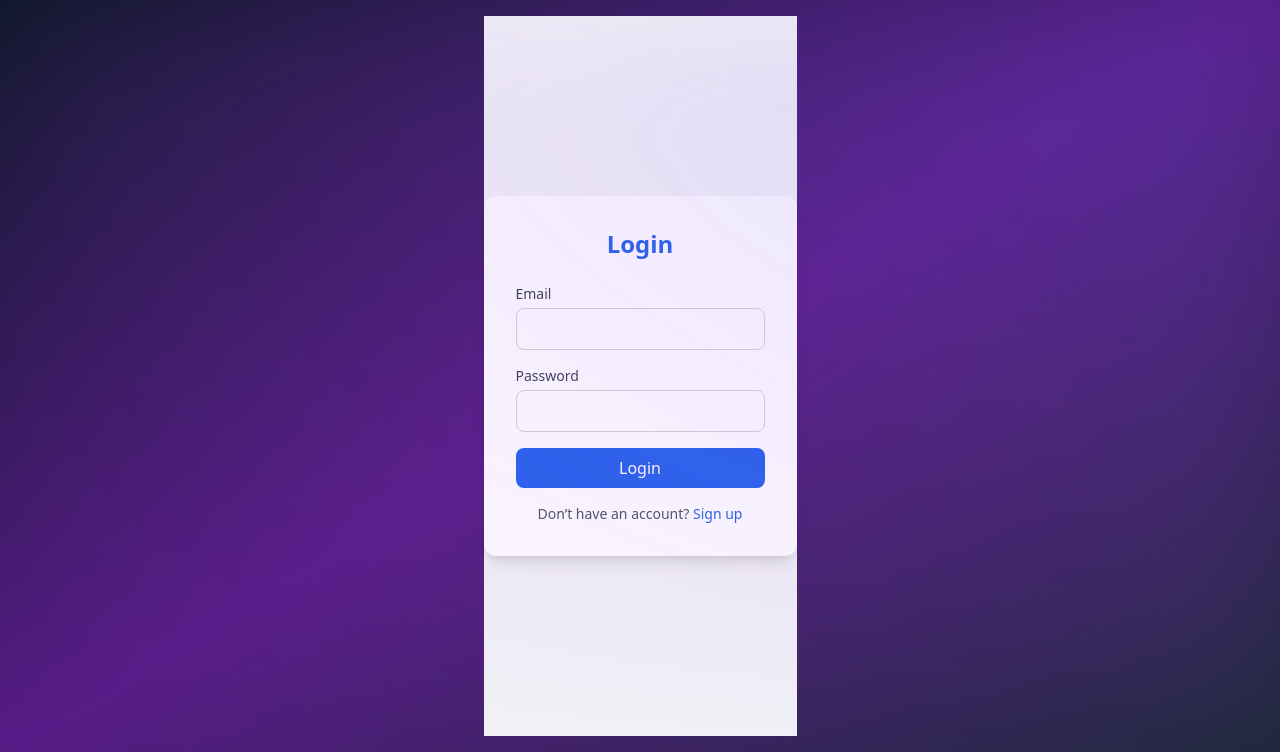
Repository: RahulRajKhadka/chat_appy
Page: /login (app in Frontend/)
An editor plug-in stored every save of this project. The page is shown before and after the next save, followed by the edit.
The browser window is 1280 px wide. The pictures show the whole page.
The page's requests for data from a server got no answer. The project was rebuilt for these pictures with package versions that can differ from the ones it lists, and the page was loaded fresh each time. No one was signed in, and anything a server would have sent is missing. Also part of the build but not shown: Frontend/vite.config.js, Frontend/src/pages/SignUppage.jsx, Frontend/src/pages/Chatpage.jsx.

Above is the page before, as saved 2025-11-02 09:13:16.

### Frontend/src/App.jsx
import { Routes, Route } from "react-router";
import { LoginPage } from "./pages/Loginpage.jsx";
import { SignupPage } from "./pages/SignUppage.jsx";
import { ChatPage } from "./pages/Chatpage.jsx";
import { useEffect } from "react";
import { useAuthStore } from "../src/useAuthStore.js/useAuthStore.js"

function App() {
  const { checkAuth, isCheckingAuth, authUser } = useAuthStore();

  useEffect(() => {
    checkAuth();
  }, [checkAuth]);

  console.log("Auth User:", authUser, "Checking Auth:", isCheckingAuth);

  return (
    <div
      className="min-h-screen flex items-center justify-center p-4 overflow-hidden
                    bg-gradient-to-br from-slate-900 via-purple-900 to-slate-800"
    >
      <div
        className="absolute inset-0 bg-[radial-gradient(ellipse_at_top_right,_var(--tw-gradient-stops))]
                      from-indigo-500/20 via-purple-500/10 to-transparent blur-3xl"
      ></div>

      <Routes>
        <Route path="/login" element={<LoginPage />} />
        <Route path="/signup" element={<SignupPage />} />
        <Route path="/" element={<ChatPage />} />
      </Routes>
    </div>
  );
}

export default App;

### Frontend/src/pages/Loginpage.jsx
import { useState } from "react";
import { useNavigate } from "react-router-dom";

export const LoginPage = () => {
  const navigate = useNavigate();
  const [email, setEmail] = useState("");
  const [password, setPassword] = useState("");

  const handleLogin = (e) => {
    e.preventDefault();
    console.log("Logging in with:", { email, password });
    // Later: send request to backend here
    navigate("/chat"); // redirect after login
  };

  return (
    <div className="flex items-center justify-center h-screen bg-gray-100">
      <div className="bg-white shadow-lg rounded-xl p-8 w-full max-w-sm">
        <h2 className="text-2xl font-bold text-center text-blue-600 mb-6">
          Login
        </h2>

        <form onSubmit={handleLogin} className="space-y-4">
          <div>
            <label className="block text-gray-700 text-sm font-medium">
              Email
            </label>
            <input
              type="email"
              className="w-full mt-1 p-2 border border-gray-300 rounded-lg focus:outline-none focus:ring-2 focus:ring-blue-400"
              value={email}
              onChange={(e) => setEmail(e.target.value)}
              required
            />
          </div>

          <div>
            <label className="block text-gray-700 text-sm font-medium">
              Password
            </label>
            <input
              type="password"
              className="w-full mt-1 p-2 border border-gray-300 rounded-lg focus:outline-none focus:ring-2 focus:ring-blue-400"
              value={password}
              onChange={(e) => setPassword(e.target.value)}
              required
            />
          </div>

          <button
            type="submit"
            className="w-full bg-blue-600 text-white py-2 rounded-lg hover:bg-blue-700 transition"
          >
            Login
          </button>
        </form>

        <p className="text-sm text-gray-600 mt-4 text-center">
          Don’t have an account?{" "}
          <button
            onClick={() => navigate("/signup")}
            className="text-blue-600 hover:underline"
          >
            Sign up
          </button>
        </p>
      </div>
    </div>
  );
};

export default LoginPage;

### Frontend/src/useAuthStore.js/useAuthStore.js
import { create } from "zustand";
import { axiosInstance } from "../lib/axios";

export const useAuthStore = create((set) => ({
  authUser: null,
  isCheckingAuth: true,

  checkAuth: async () => {
    try {
      const response = await axiosInstance.get("/auth/check");
      set({ authUser: response.data.user, isCheckingAuth: false });
    } catch (error) {
        console.error("Error checking auth:", error);
      set({ authUser: null, isCheckingAuth: false });
    }
  },
}));

### Frontend/src/lib/axios.js
import axios from "axios";

export const axiosInstance = axios.create({
  baseURL:
    import.meta.env.MODE == "development"
      ? "http://localhost:3000"
      : "https://your-production-url.com",
  withCredentials: true,
});

Loaded but not shown: Frontend/index.html (common file); Frontend/src/main.jsx (common file); Frontend/src/index.css (common file); Frontend/tailwind.config.js (common file)

After the next save:
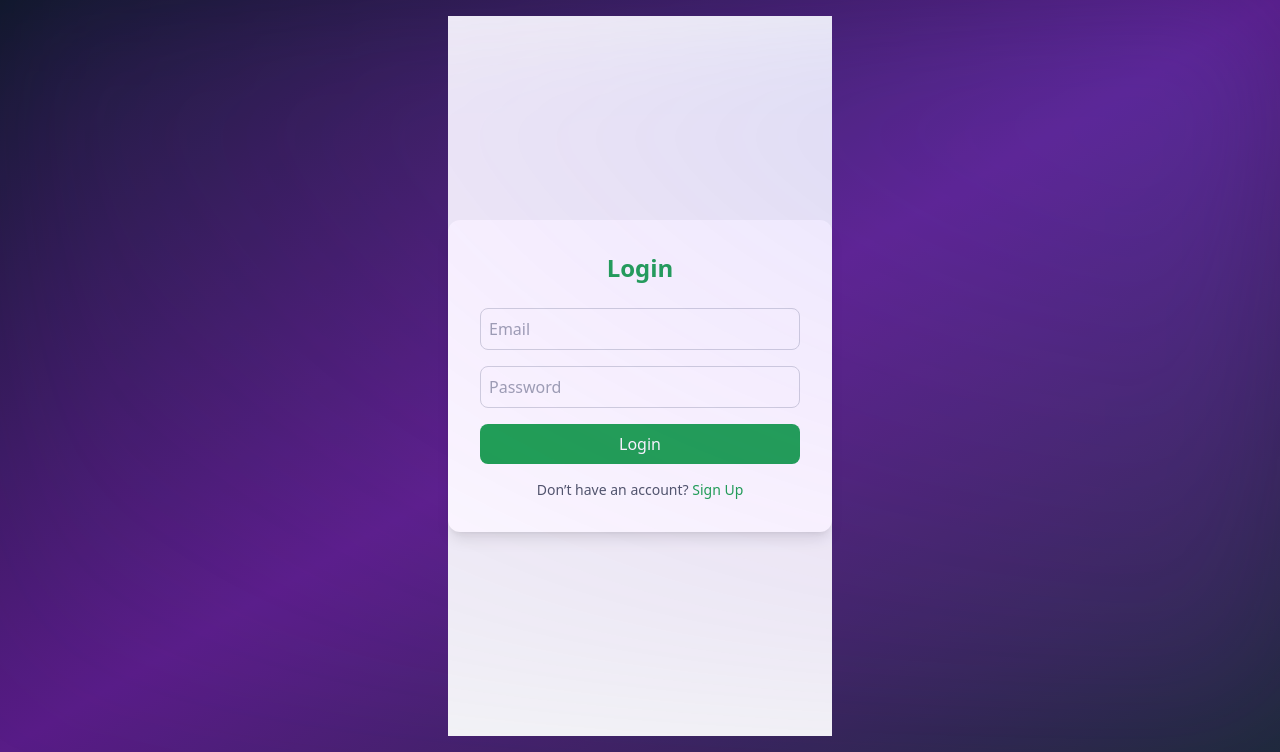
Saved 9 s later.
--- a/Frontend/src/pages/Loginpage.jsx
+++ b/Frontend/src/pages/Loginpage.jsx
@@ -8,65 +8,42 @@ export const LoginPage = () => {
 
   const handleLogin = (e) => {
     e.preventDefault();
-    console.log("Logging in with:", { email, password });
-    // Later: send request to backend here
-    navigate("/chat"); // redirect after login
+    console.log("Logging in:", { email, password });
+    navigate("/chat");
   };
 
   return (
     <div className="flex items-center justify-center h-screen bg-gray-100">
       <div className="bg-white shadow-lg rounded-xl p-8 w-full max-w-sm">
-        <h2 className="text-2xl font-bold text-center text-blue-600 mb-6">
+        <h2 className="text-2xl font-bold text-center text-green-600 mb-6">
           Login
         </h2>
-
         <form onSubmit={handleLogin} className="space-y-4">
-          <div>
-            <label className="block text-gray-700 text-sm font-medium">
-              Email
-            </label>
-            <input
-              type="email"
-              className="w-full mt-1 p-2 border border-gray-300 rounded-lg focus:outline-none focus:ring-2 focus:ring-blue-400"
-              value={email}
-              onChange={(e) => setEmail(e.target.value)}
-              required
-            />
-          </div>
-
-          <div>
-            <label className="block text-gray-700 text-sm font-medium">
-              Password
-            </label>
-            <input
-              type="password"
-              className="w-full mt-1 p-2 border border-gray-300 rounded-lg focus:outline-none focus:ring-2 focus:ring-blue-400"
-              value={password}
-              onChange={(e) => setPassword(e.target.value)}
-              required
-            />
-          </div>
-
-          <button
-            type="submit"
-            className="w-full bg-blue-600 text-white py-2 rounded-lg hover:bg-blue-700 transition"
-          >
+          <input
+            type="email"
+            placeholder="Email"
+            className="w-full p-2 border border-gray-300 rounded-lg focus:ring-2 focus:ring-green-400"
+            value={email}
+            onChange={(e) => setEmail(e.target.value)}
+          />
+          <input
+            type="password"
+            placeholder="Password"
+            className="w-full p-2 border border-gray-300 rounded-lg focus:ring-2 focus:ring-green-400"
+            value={password}
+            onChange={(e) => setPassword(e.target.value)}
+          />
+          <button className="w-full bg-green-600 text-white py-2 rounded-lg hover:bg-green-700 transition">
             Login
           </button>
         </form>
-
         <p className="text-sm text-gray-600 mt-4 text-center">
           Don’t have an account?{" "}
-          <button
-            onClick={() => navigate("/signup")}
-            className="text-blue-600 hover:underline"
-          >
-            Sign up
+          <button onClick={() => navigate("/signup")} className="text-green-600 hover:underline">
+            Sign Up
           </button>
         </p>
       </div>
     </div>
   );
 };
-
-export default LoginPage;
